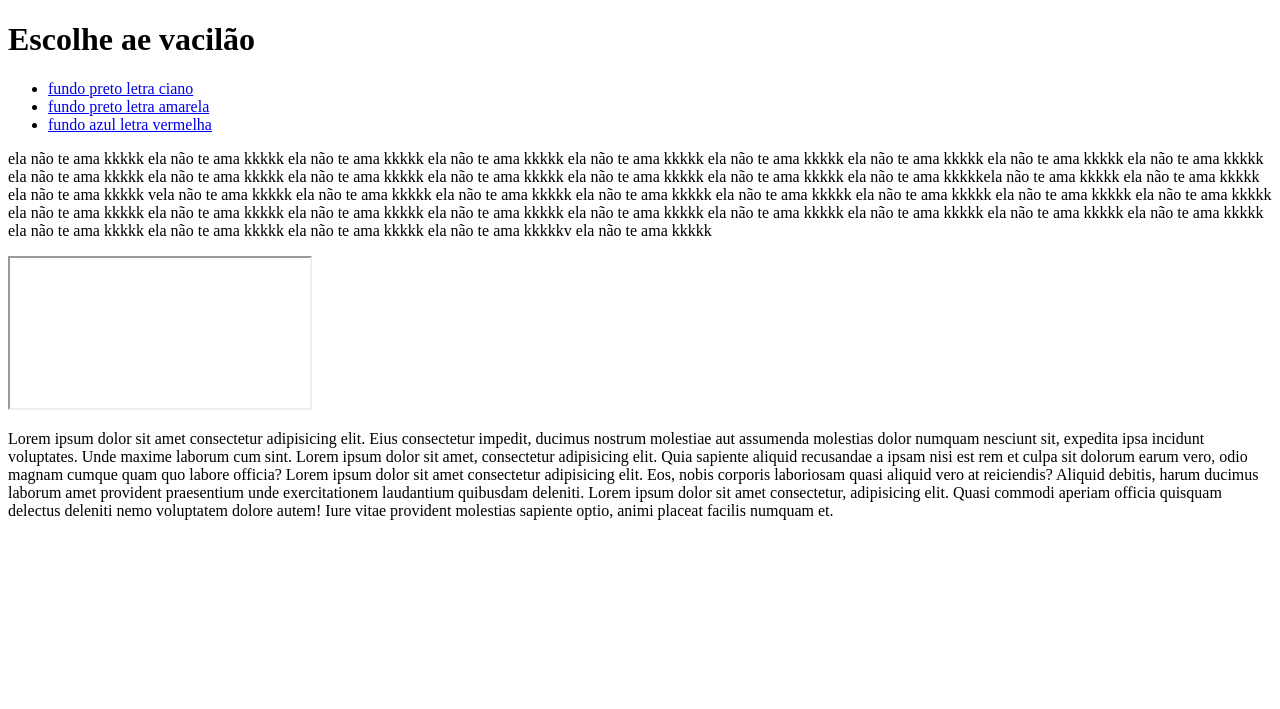
Repository: Leonngc/html-css
Page: ex024/otarios.html
An editor plug-in stored every save of this project. The page is shown before and after the next save, followed by the edit.
The browser window is 1280 px wide. The pictures show the whole page.

Above is the page before, as saved 2022-11-15 18:49:02.

### ex024/otarios.html
<!DOCTYPE html>
<html lang="pt-br">
<head>
    <meta charset="UTF-8">
    <meta http-equiv="X-UA-Compatible" content="IE=edge">
    <meta name="viewport" content="width=device-width, initial-scale=1.0">
    <title>Iframes</title>
    <style>
        iframe{
            width: ;
        }
    </style>
</head>
<body>
    <h1>Escolhe ae vacilão</h1>
    <ul>
        <li><a href="pag001.html" target="iframe">fundo preto letra ciano</a></li>
        <li><a href="pag003.html" target="iframe">fundo preto letra amarela</a></li>
        <li><a href="pag002.html" target="iframe">fundo azul letra vermelha</a></li>
    </ul>

    <p>ela não te ama kkkkk ela não te ama kkkkk ela não te ama kkkkk ela não te ama kkkkk ela não te ama kkkkk ela não te ama kkkkk ela não te ama kkkkk ela não te ama kkkkk ela não te ama kkkkk ela não te ama kkkkk ela não te ama kkkkk ela não te ama kkkkk ela não te ama kkkkk ela não te ama kkkkk ela não te ama kkkkk ela não te ama kkkkkela não te ama kkkkk ela não te ama kkkkk ela não te ama kkkkk vela não te ama kkkkk ela não te ama kkkkk ela não te ama kkkkk ela não te ama kkkkk ela não te ama kkkkk ela não te ama kkkkk ela não te ama kkkkk ela não te ama kkkkk ela não te ama kkkkk ela não te ama kkkkk ela não te ama kkkkk ela não te ama kkkkk ela não te ama kkkkk ela não te ama kkkkk ela não te ama kkkkk ela não te ama kkkkk ela não te ama kkkkk ela não te ama kkkkk ela não te ama kkkkk ela não te ama kkkkk ela não te ama kkkkkv ela não te ama kkkkk</p>



    <iframe src="" name="iframe"></iframe>

    <p>Lorem ipsum dolor sit amet consectetur adipisicing elit. Eius consectetur impedit, ducimus nostrum molestiae aut assumenda molestias dolor numquam nesciunt sit, expedita ipsa incidunt voluptates. Unde maxime laborum cum sint. Lorem ipsum dolor sit amet, consectetur adipisicing elit. Quia sapiente aliquid recusandae a ipsam nisi est rem et culpa sit dolorum earum vero, odio magnam cumque quam quo labore officia? Lorem ipsum dolor sit amet consectetur adipisicing elit. Eos, nobis corporis laboriosam quasi aliquid vero at reiciendis? Aliquid debitis, harum ducimus laborum amet provident praesentium unde exercitationem laudantium quibusdam deleniti. Lorem ipsum dolor sit amet consectetur, adipisicing elit. Quasi commodi aperiam officia quisquam delectus deleniti nemo voluptatem dolore autem! Iure vitae provident molestias sapiente optio, animi placeat facilis numquam et.</p>
</body>
</html>

After the next save:
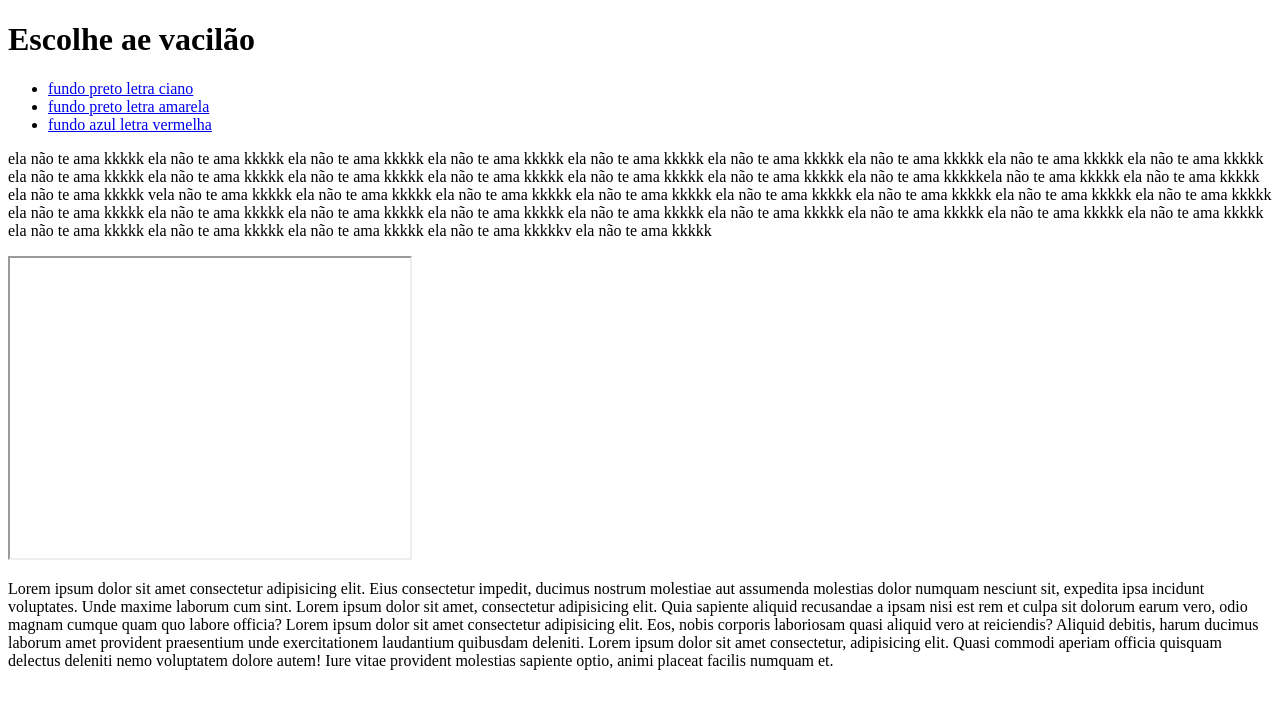
Saved 6 s later.
--- a/ex024/otarios.html
+++ b/ex024/otarios.html
@@ -7,7 +7,8 @@
     <title>Iframes</title>
     <style>
         iframe{
-            width: ;
+            width: 400px;
+            height: 300px;
         }
     </style>
 </head>
